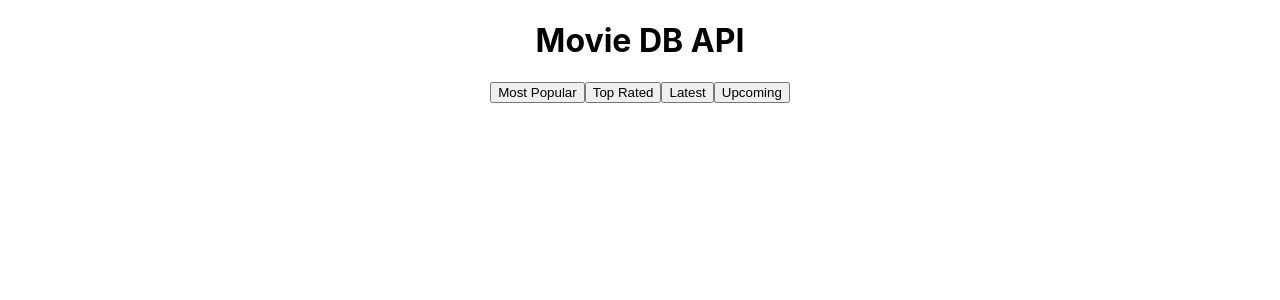
Repository: chaampavictor/moviedbapi
Page: /
An editor plug-in stored every save of this project. The page is shown before and after the next save, followed by the edit.
The browser window is 1280 px wide. The pictures show the whole page.
The page's requests for data from a server got no answer. The project was rebuilt for these pictures with package versions that can differ from the ones it lists, and the page was loaded fresh each time. No one was signed in, and anything a server would have sent is missing.

Above is the page before, as saved 2022-01-13 08:42:43.

### src/App.js
import React, { useEffect, useState } from "react";
import axios from "axios";
import "./App.css";
import Container from "react-bootstrap/Container";
import Row from "react-bootstrap/Row";
import Col from "react-bootstrap/Col";
const api_key = "872c70d736d1ef4484522f734137927d";
const BASE_URL = "https://api.themoviedb.org/3";
const getImage = (path) => `https://image.tmdb.org/t/p/w300/${path}`;

function App() {
  const [data, setData] = useState([]);

  const api = axios.create({ baseURL: BASE_URL });

  const getUpcoming = api.get("/movie/popular", { params: { api_key } });

  // useEffect(() => {
  //   getUpcoming.then((res) => {
  //     setData(res.data.results);
  //   });
  // }, [getUpcoming]);

  const GetMostPopular = () => {
    const toprated = api.get("/movie/popular", { params: { api_key } });
    toprated.then((res) => {
      console.log("get popular", res.data.results);
      setData(res.data.results);
    });
  };

  const GetTopRated = (res) => {
    const toprated = api.get("/movie/top_rated", { params: { api_key } });
    toprated.then((res) => {
      console.log("get top rated", res.data.results);
      setData(res.data.results);
    });
  };

  const GetLatest = () => {
    const latest = api.get("movie/latest", { params: { api_key } });
    latest.then((res) => {
      console.log("latest movies", res.data);
      setData(res.data.results);
    });
  };

  const GetUpcoming = () => {
    const latest = api.get("movie/upcoming", { params: { api_key } });
    latest.then((res) => {
      console.log("latest movies", res.data);
      setData(res.data.results);
    });
  };

  return (
    <div className="App">
      <h1 style={{ textAlign: "center" }}>Movie DB API</h1>
      <header>
        <div
          style={{
            display: "flex",
            justifyContent: "center",
            alignItems: "center",
            marginBottom: "12px",
          }}
        >
          <button onClick={GetMostPopular}>Most Popular</button>
          <button onClick={GetTopRated}>Top Rated</button>
          <button onClick={GetLatest}> Latest</button>
          <button onClick={GetUpcoming}> Upcoming</button>
        </div>

        <div
          className="explore-card-columns  container-fluid"
          style={{ marginBottom: "100px" }}
        >
          {data.map((movie) => (
            <div className="item">
              <img src={getImage(movie.poster_path)} alt="poster" />
              <p>{movie.original_title}</p>
            </div>
          ))}
        </div>
      </header>
    </div>
  );
}

export default App;

### src/App.css
.explore-nav {
  padding-top: 30px;
}
.explore-nav-link {
  font-family: Ubuntu;
  font-style: normal;
  font-weight: normal;
  font-size: 18px;
  line-height: 21px;
  color: #3e3e3e;
  opacity: 0.6;
  text-decoration: none;
  padding: 10px 10px;
}
.explore-nav-link:hover {
  color: #f7931e !important;
  text-decoration: none;
}
.explore-nav-link:focus {
  color: #f7931e;
}

.explore-user-detail {
  padding-top: 20px;
  /* background: red; */
  text-align: center;
}
.explore-user-detail img {
  height: 30px;
  width: 30px;
}
.explore-username {
  padding-left: 15px;
  padding-right: 30px;
  font-family: Ubuntu;
  font-style: normal;
  font-weight: normal;
  font-size: 18px;
  line-height: 21px;
  color: #fff;
}
.follow {
  font-family: Ubuntu;
  font-style: normal;
  font-weight: normal;
  font-size: 18px;
  line-height: 21px;
  background: none;
  outline: none;
  border: none;
}
.explore-body .card-body:hover {
  /* color: #30adb4; */
  background: "#32c709";
}

.card {
  border: 0px solid rgba(0, 0, 0, 0.125) !important;
}

.user-reaction div {
  padding-right: 20px;
}
/*@media screen and (max-width: 800px) {
    .explore-images-body {
      -ms-flex: 50%;
      flex: 50%;
      max-width: 50%;
    }
  }*/

/* Responsive layout - makes the two columns stack on top of each other instead of next to each other */
/* @media screen and (max-width: 600px) {
    .explore-images-body {
      -ms-flex: 100%;
      flex: 100%;
      max-width: 100%;
    }
  }*/
.explore-card-columns .card {
  margin-bottom: 0.79rem;
}
@media screen and (min-width: 992px) {
  .explore-card-columns {
    -webkit-column-count: 4;
    -moz-column-count: 4;
    column-count: 4;
    -webkit-column-gap: 1.25rem;
    -moz-column-gap: 1.25rem;
    column-gap: 1.25rem;
  }
  .explore-card-columns .card {
    display: inline-block;
    width: 100%;
  }
}
@media screen and (max-width: 992px) {
  .explore-card-columns {
    -webkit-column-count: 2;
    -moz-column-count: 2;
    column-count: 2;
  }
}
@media screen and (max-width: 600px) {
  .explore-card-columns {
    -webkit-column-count: 1;
    -moz-column-count: 1;
    column-count: 1;
  }
}
.explore-content:hover {
  color: white;
}
.follow:hover {
  color: white;
}
.pink {
  border: 1px solid #bc0272;
  width: 100%;
}
.pink:hover {
  background: #bc0272;
}
.dark-blue {
  border: 1px solid #000000;
}
.dark-blue:hover {
  background: #2e384d;
  color: white;
}
.light-danger {
  border: 1px solid #ff0404;
}
.light-danger:hover {
  background: #ff0404;
  color: white;
}
.green {
  border: 1px solid #4bc999;
}
.green:hover {
  background: #4bc999;
  color: white;
}
.blue {
  border: 1px solid #34abe0;
}
.blue:hover {
  background: #34abe0;
}
.orange {
  border: 1px solid #ff8a00;
}
.orange:hover {
  background: #ff8a00;
}
.black {
  border: 1px solid #3e2a2a;
}
.black:hover {
  background: #3e2a2a;
}
.dark-orange {
  border: 1px solid #b58657;
}
.dark-orange:hover {
  background: #b58657;
}

.follow {
  max-width: 100px;
}

@media screen and (max-width: 768px) {
  .follow {
    display: none;
  }
}

@import url("https://fonts.googleapis.com/css?family=Fjalla+One");

.credit-card {
  display: flex;
  flex-direction: column;
  justify-content: space-between;

  width: 400px;
  height: 250px;
  padding: 25px;
  border-radius: 15px;

  color: white;

  background-image: linear-gradient(25deg, #0f509e, #1399cd);
  box-shadow: 0 0 20px rgba(0, 0, 0, 0.5);
}

.credit-card__number {
  display: flex;
  justify-content: center;

  font-family: "Fjalla One", sans-serif;
  font-size: 45px;
}

.credit-card__info {
  display: flex;
  /* justify-content: space-between; */

  font-family: "Fjalla One", sans-serif;
  font-size: 25px;
}

.credit-card__info_label {
  font-size: 14px;
}

.credit-card__info_expiry {
  display: flex;
  flex-direction: column;
  align-items: flex-end;
}
.react-tabs {
  -webkit-tap-highlight-color: transparent;
}

.react-tabs__tab-list {
  border-bottom: 0px solid none;
  margin: 0 0 10px;
  padding: 0;
}

.react-tabs__tab {
  display: inline-block;
  border: 1px solid transparent;
  border-bottom: none;
  bottom: -1px;
  position: relative;
  list-style: none;
  padding: 6px 4px;
  cursor: pointer;
}

.react-tabs__tab--selected {
  background: #29bd0061;
  border-color: none;
  border-bottom: #000000;
  border-width: 1px;
  color: black;
  border-radius: 6px 6px 6px 6px;
}

.react-tabs__tab--disabled {
  color: GrayText;
  cursor: default;
}

.react-tabs__tab:focus {
  box-shadow: 0 0 5px hsl(208, 99%, 50%);
  border-color: hsl(208, 99%, 50%);
  outline: none;
}

.react-tabs__tab:focus:after {
  content: "";
  position: absolute;
  height: 5px;
  left: -4px;
  right: -4px;
  bottom: -5px;
  background: #fff;
}

.react-tabs__tab-panel {
  display: none;
}

.react-tabs__tab-panel--selected {
  display: block;
}
input[type="date"]:not(:valid):before {
  content: attr(placeholder);
}

/* small screen modal begins here */

.Button {
  cursor: pointer;
  margin: 0 0 12px;
  background-color: #fff;
  border-color: #dbdbdb;
  border-width: 1px;
  color: #363636;
  cursor: pointer;
  justify-content: center;
  padding-bottom: calc(0.5em - 1px);
  padding-left: 1em;
  padding-right: 1em;
  padding-top: calc(0.5em - 1px);
  text-align: center;
  white-space: nowrap;
  background-color: #00d1b2;
  border-color: transparent;
  color: #fff;
  -webkit-appearance: none;
  align-items: center;
  border: 1px solid transparent;
  border-radius: 4px;
  box-shadow: none;
  display: inline-flex;
  font-size: 1rem;
  height: 2.5em;
  justify-content: flex-start;
  line-height: 1.5;
  padding-bottom: calc(0.5em - 1px);
  padding-left: calc(0.75em - 1px);
  padding-right: calc(0.75em - 1px);
  padding-top: calc(0.5em - 1px);
  position: relative;
  vertical-align: top;
}

.CenterAlign {
  transform: translate(-50%, -25%);
}

.Overlay {
  background-color: rgba(0, 0, 0, 0.55);
  top: 0;
  bottom: 0;
  left: 0;
  right: 0;
  position: fixed;
  display: none;
  z-index: 5;
}

.Overlay.Show {
  display: block;
}

.Modal {
  position: fixed;
  bottom: -150vh;
  background-color: #fff;
  width: 100%;
  height: 52%;
  box-shadow: 0 0 4px 0px rgba(0, 0, 0, 0.15);
  left: 0;
  padding: 0 12px 12px;
  transition: all 0.3s ease-out;
  z-index: 10;
}

.Modal.Show {
  bottom: 0;
  border-radius: 20px;
}

.Close {
  cursor: pointer;
  position: absolute;
  top: 18px;
  right: 10px;
  background-color: transparent;
  border: 0;
  font-size: 18px;
  color: #000000;
  font-weight: bolder;
}

.Alert {
  position: fixed;
  padding: 0.75rem 1.25rem;
  border: 1px solid transparent;
  top: 0;
  left: 0;
  color: #fff;
  background-image: linear-gradient(
    90deg,
    #ff9a8b 0%,
    #ff6a88 55%,
    #ff99ac 100%
  );
  margin: 0;
  width: 100%;
  text-align: center;
  z-index: 10;
}

.Alert:empty {
  padding: 0;
}
.modal-content {
  -webkit-border-radius: 0px !important;
  -moz-border-radius: 0px !important;
  border-radius: 20px !important;
}
#inputID::placeholder {
  color: #29bd00;
  opacity: 1;
  font-size: 14px;
}

Loaded but not shown: public/index.html (common file); src/index.js (common file); src/index.css (common file); src/reportWebVitals.js (common file)

After the next save:
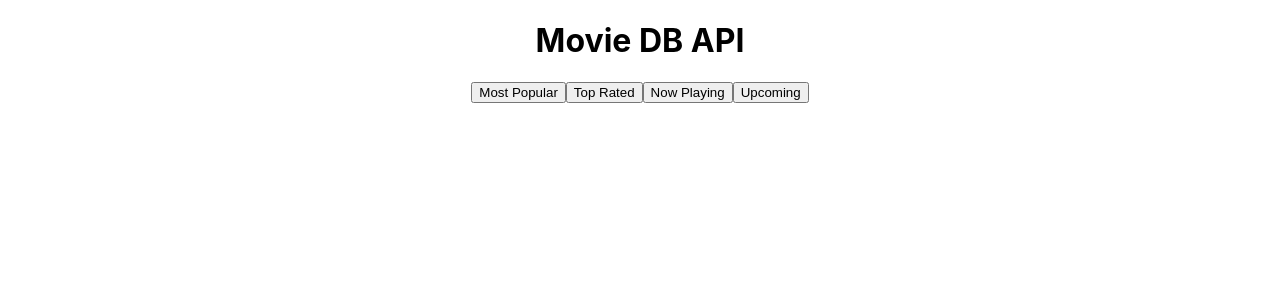
Saved 4 min 58 s later.
--- a/src/App.js
+++ b/src/App.js
@@ -37,10 +37,10 @@ function App() {
     });
   };
 
-  const GetLatest = () => {
-    const latest = api.get("movie/latest", { params: { api_key } });
+  const GetPlaying = () => {
+    const latest = api.get("movie/now_playing", { params: { api_key } });
     latest.then((res) => {
-      console.log("latest movies", res.data);
+      console.log("now_playing movies", res.data);
       setData(res.data.results);
     });
   };
@@ -67,7 +67,7 @@ function App() {
         >
           <button onClick={GetMostPopular}>Most Popular</button>
           <button onClick={GetTopRated}>Top Rated</button>
-          <button onClick={GetLatest}> Latest</button>
+          <button onClick={GetPlaying}> Now Playing</button>
           <button onClick={GetUpcoming}> Upcoming</button>
         </div>
 
